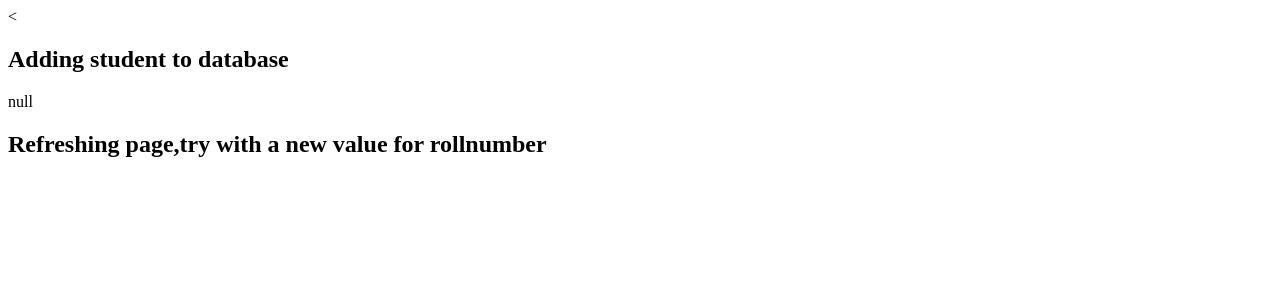
Repository: akhileshrane/ZensarJava
Page: http://localhost/CaseStudy/addingBus.jsp
The author's editor kept a copy of each file at every save. The page is drawn from the files as they stood at one save, then again after the next save.
The browser window is 1280 px wide. The pictures show the whole page.
The page is served by Tomcat 9. Other server files are loaded and not shown.

Above is the page before, as saved 2017-06-29 06:59:53.

### CaseStudy/WebContent/addingBus.jsp
<%@ page language="java" contentType="text/html; charset=UTF-8"
    pageEncoding="UTF-8"%>
<%@page import="Akhilesh.*,java.sql.*"%>
<!DOCTYPE html PUBLIC "-//W3C//DTD HTML 4.01 Transitional//EN" "http://www.w3.org/TR/html4/loose.dtd">
<html>
<head>
<meta http-equiv="Content-Type" content="text/html; charset=UTF-8">
<title>Insert title here</title>
</head>
<body>
<<h2>Adding student to database</h2>
<%
try{
BusDao busDao=new BusDao();
String n=request.getParameter("busName");
Time t=Time.valueOf(request.getParameter("arrivalTime"));
int w=Integer.parseInt(request.getParameter("waitStatus"));
Bus bus = new Bus();
bus.setBusName(n);
bus.setArrivalTime(t);
bus.setWaitStatus(w);
busDao.addBus(bus);
response.sendRedirect("managerSection.jsp");
}
catch(Exception e){
	out.println(""+e.getMessage());
	response.addHeader("REFRESH","3;URL=managerSection.jsp");
	%>
<h2>Refreshing page,try with a new value for rollnumber</h2>
<%
}
%>
</body>
</html>

### CaseStudy/src/Akhilesh/BusDao.java
package Akhilesh;

import java.sql.Connection;
import java.sql.DriverManager;
import java.sql.PreparedStatement;
import java.sql.ResultSet;
import java.sql.SQLException;
import java.sql.Statement;
import java.sql.Time;
import java.util.ArrayList;
import java.util.List;


public class BusDao {
	String driverName = "com.mysql.jdbc.Driver";
	String url= "jdbc:mysql://localhost/Bus";
	String userName="root";
	String password="root";

	public List<Bus> getBus() throws SQLException, ClassNotFoundException {
		List<Bus> busList = new ArrayList<Bus>();
		//Loading the driver
		Class.forName(driverName);
		Connection con= DriverManager.getConnection(url,userName,password);
		Statement st=con.createStatement();
		ResultSet rs=st.executeQuery("select * from Bus;");
		while(rs.next()) {
			String busName = rs.getString("busName");
			Time arrivalTime =rs.getTime("arrivalTime");
			int waitStatus = rs.getInt("waitStatus");
			Bus bus=new Bus();
			bus.setBusName(busName);
			bus.setArrivalTime(arrivalTime);
			bus.setWaitStatus(waitStatus);

			busList.add(bus);
		}
		con.close();
		st.close();
		rs.close();

		return busList;

	}
	public int addBus(Bus bus) throws ClassNotFoundException, SQLException{
		int numberOfBusesAdded = 0;
		Class.forName(driverName);
		Connection con= DriverManager.getConnection(url,userName,password);
		PreparedStatement st;
		st=con.prepareStatement("insert into Bus values(?,?,?);");
		st.setString(1, bus.getBusName());
		st.setTime(2, bus.getArrivalTime());
		st.setInt(3, bus.getWaitStatus());

		numberOfBusesAdded=st.executeUpdate();
		System.out.println("Records added: "+numberOfBusesAdded);
		return numberOfBusesAdded;
	}
}

After the next save:
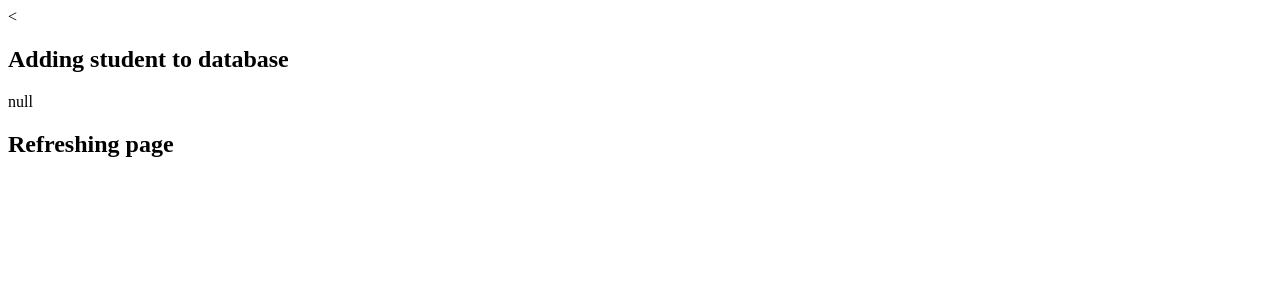
Saved 63 s later.
--- a/CaseStudy/WebContent/addingBus.jsp
+++ b/CaseStudy/WebContent/addingBus.jsp
@@ -26,7 +26,7 @@ catch(Exception e){
 	out.println(""+e.getMessage());
 	response.addHeader("REFRESH","3;URL=managerSection.jsp");
 	%>
-<h2>Refreshing page,try with a new value for rollnumber</h2>
+<h2>Refreshing page</h2>
 <%
 }
 %>
